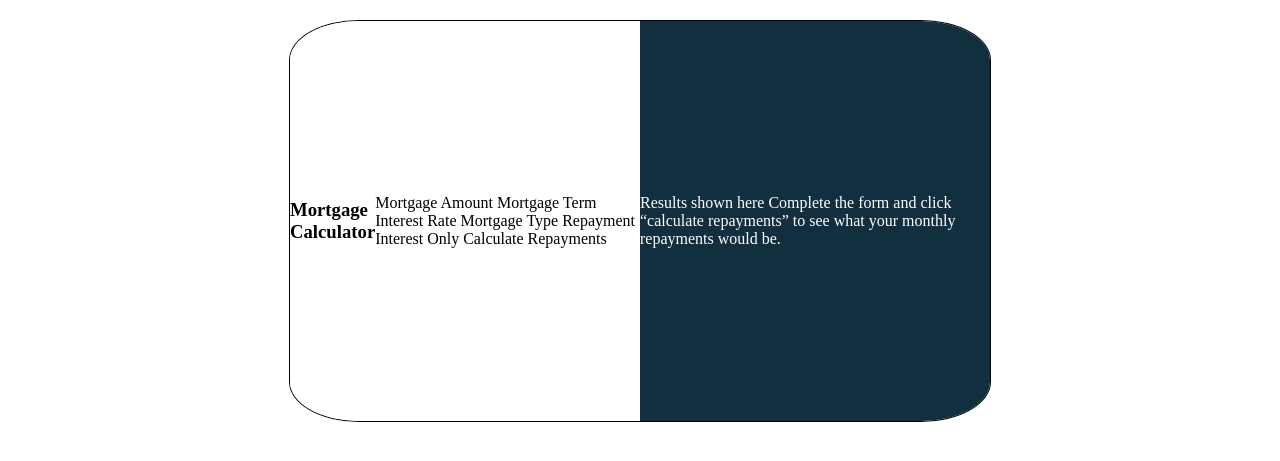
Repository: GravielPV/Mortgage-repayment-calculator
Page: index.html
These files come from the project's save history. The page is drawn as it stood at one moment and after the next save; the edit follows.
The browser window is 1280 px wide. The pictures show the whole page.

Above is the page before, as saved 2025-12-11 16:48:59.

After the next save:
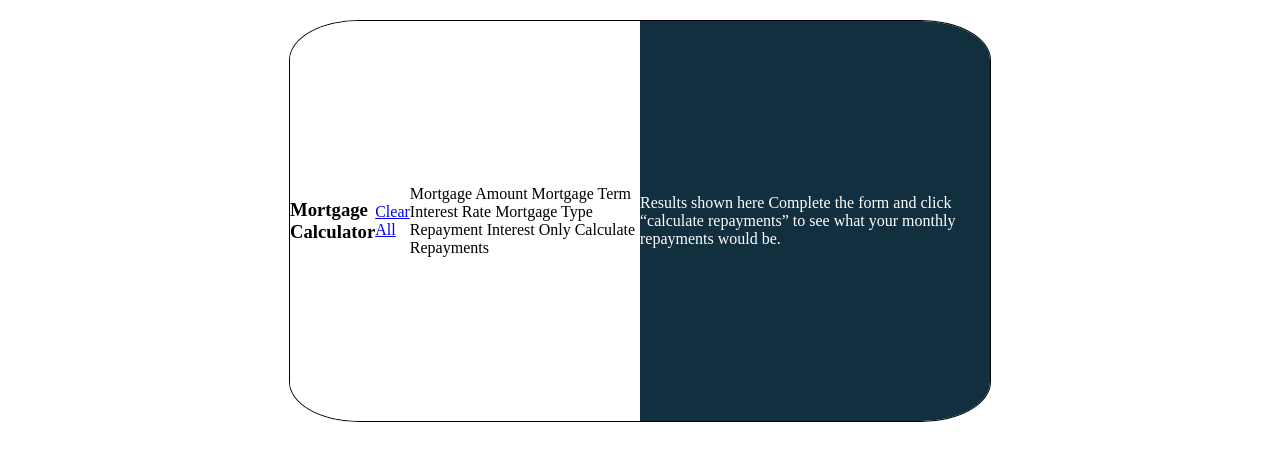
Saved 2 s later.
--- a/index.html
+++ b/index.html
@@ -16,7 +16,7 @@
     <div class="lado izquierdo">
 
  <h3> Mortgage Calculator </h3>
-  <a href="#"></a>
+  <a href="#">Clear All</a>
 
   Mortgage Amount
 
